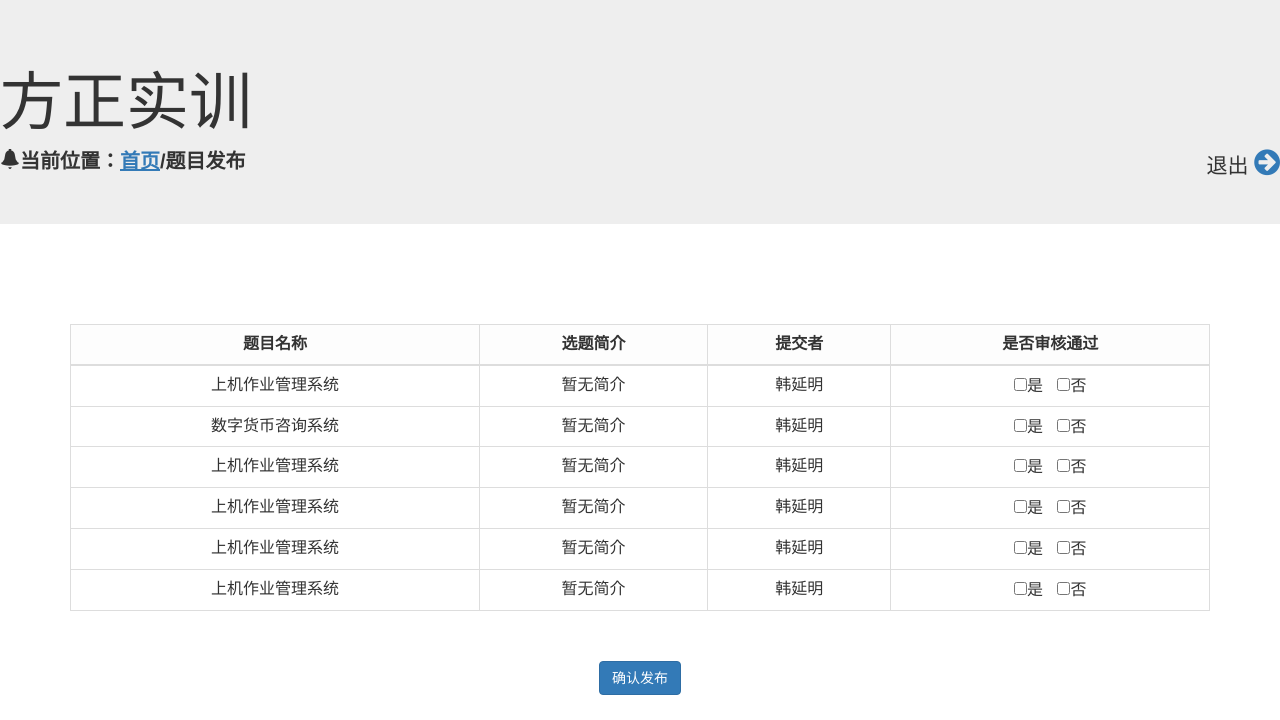
Repository: Kong-T/Practical-training
Page: Administrator/html/topic_admin.html
The author's editor kept a copy of each file at every save. The page is drawn from the files as they stood at one save, then again after the next save.
The browser window is 1280 px wide. The pictures show the whole page.
The page's requests for data from a server got no answer. Some web libraries are served in a nearby version.

Above is the page before, as saved 2020-12-14 09:55:07.

After the next save:
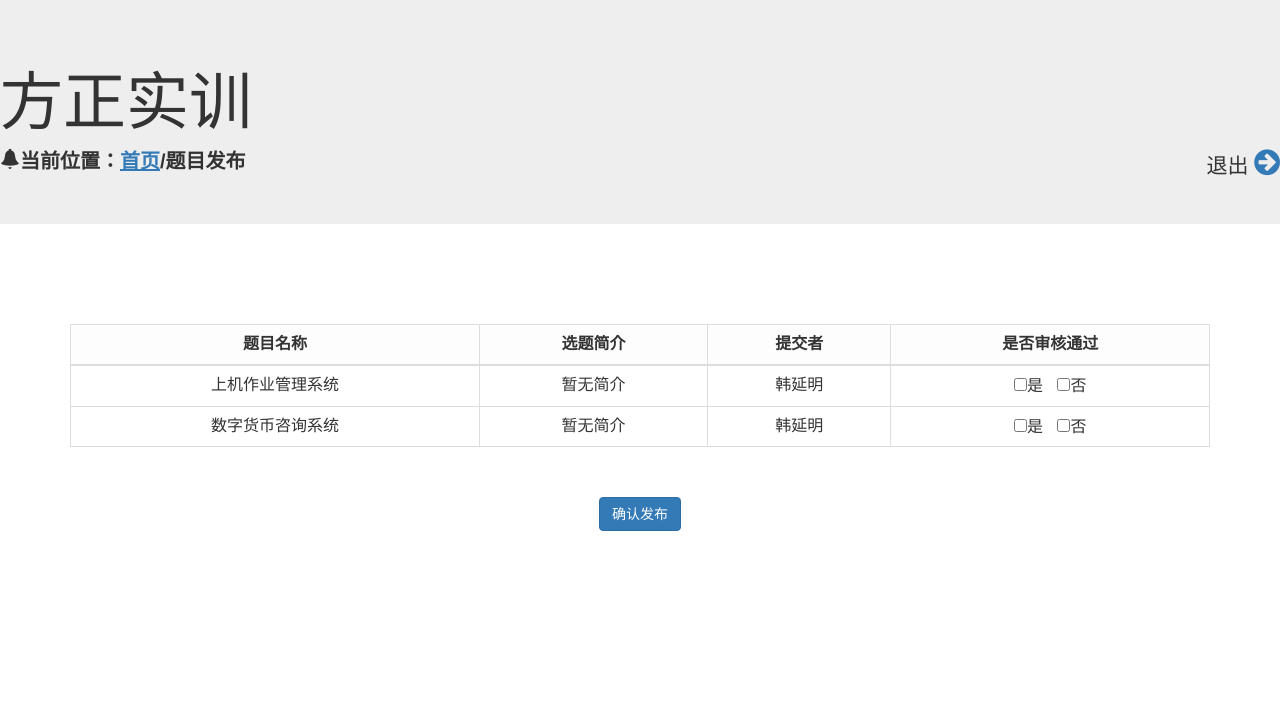
Saved 108 s later.
--- a/Administrator/html/topic_admin.html
+++ b/Administrator/html/topic_admin.html
@@ -141,7 +141,7 @@
                 <td id="Topic_details1">暂无简介</td>
                 <td id="Tutor1">韩延明</td>
                 <td><input type="checkbox">是
-                    <input type="checkbox" style="margin-left: 10px;" name="deny" id="deny1"">否</td>
+                    <input type="checkbox" style="margin-left: 10px;" name="deny" id="den1"">否</td>
             </tr>
             <tr>
 
@@ -150,40 +150,9 @@
                 <td id="Topic_details2">暂无简介</td>
                 <td id="Tutor2">韩延明</td>
                 <td><input type="checkbox">是
-                    <input type="checkbox" style="margin-left: 10px;" name="deny" id="deny2"">否</td>
+                    <input type="checkbox" style="margin-left: 10px;" name="deny" id="den2"">否</td>
             </tr>
-            <tr>
-                <td id=" Topic_title3">上机作业管理系统
-                </td>
-                <td id="Topic_details3">暂无简介</td>
-                <td id="Tutor3">韩延明</td>
-                <td><input type="checkbox">是
-                    <input type="checkbox" style="margin-left: 10px;" name="deny" id="deny3"">否</td>
-            </tr>
-            <tr>
-                <td id=" Topic_title4">上机作业管理系统
-                </td>
-                <td id="Topic_details4">暂无简介</td>
-                <td id="Tutor4">韩延明</td>
-                <td><input type="checkbox">是
-                    <input type="checkbox" style="margin-left: 10px;" name="deny" id="deny4"">否</td>
-            </tr>
-            <tr>
-                <td id=" Topic_title5">上机作业管理系统
-                </td>
-                <td id="Topic_details5">暂无简介</td>
-                <td id="Tutor5">韩延明</td>
-                <td><input type="checkbox">是
-                    <input type="checkbox" style="margin-left: 10px;" name="deny" id="deny5"">否</td>
-            </tr>
-            <tr>
-                <td id=" Topic_title6">上机作业管理系统
-                </td>
-                <td id="Topic_details6">暂无简介</td>
-                <td id="Tutor6">韩延明</td>
-                <td><input type="checkbox">是
-                    <input type="checkbox" style="margin-left: 10px;" name="deny" id="deny6"">否</td>
-            </tr>
+
         </table>
         <button type=" button" class="btn btn-primary" style="margin-top: 30px;" onclick="submit()">确认发布</button>
                 </td>
